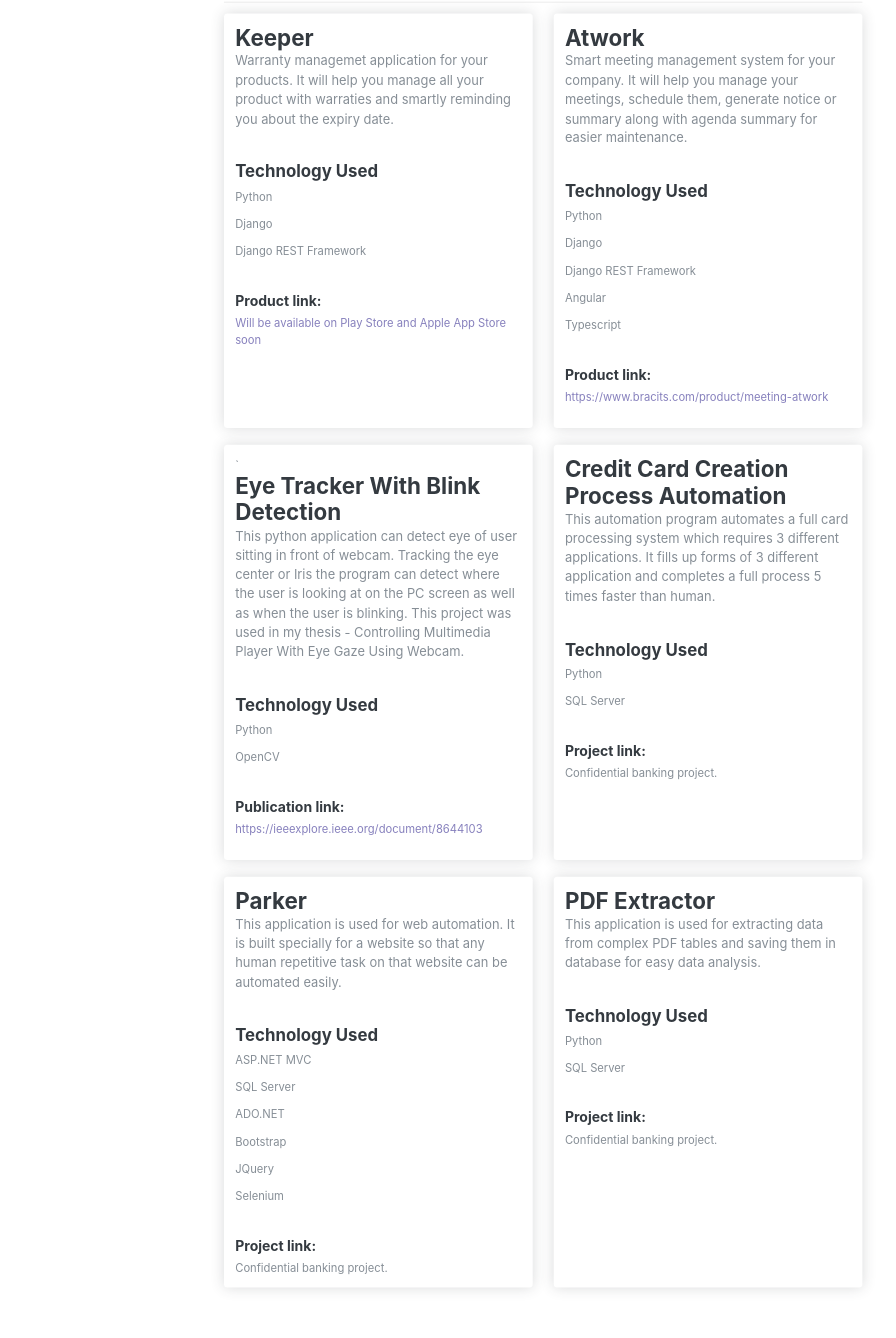
Repository: xahin96/xahin96.github.io
Page: index.html
The author's editor kept a copy of each file at every save. The page is drawn from the files as they stood at one save, then again after the next save.
The browser window is 1280 px wide. The pictures show the part of the page from y = 3579 to 5499 px (the page is 5491 px tall before and 5499 px after), at 70% of full size.
Some web fonts or font styles are not loaded; a fallback is used.

Above is the page before, as saved 2024-04-27 12:48:01.

### index.html
<!DOCTYPE html>
<html lang="en">

<head>

  <meta charset="utf-8">
  <meta name="viewport" content="width=device-width, initial-scale=1, shrink-to-fit=no">
  <meta name="description" content="">
  <meta name="author" content="">

  <title>Shahriar Rahman</title>
  <link rel="icon" type="image/x-icon" href="img/profile.png">


  <!-- Bootstrap core CSS -->
  <link href="vendor/bootstrap/css/bootstrap.min.css" rel="stylesheet">

  <!-- Custom fonts for this template -->
  <link href="https://fonts.googleapis.com/css?family=Saira+Extra+Condensed:500,700" rel="stylesheet">
  <link href="https://fonts.googleapis.com/css?family=Muli:400,400i,800,800i" rel="stylesheet">
  <link href="vendor/fontawesome-free/css/all.min.css" rel="stylesheet">

  <!-- Custom styles for this template -->
  <link href="css/resume.css" rel="stylesheet">

</head>

<body id="page-top">

  <nav class="navbar navbar-expand-lg navbar-dark bg-primary fixed-top" id="sideNav">
    <a class="navbar-brand js-scroll-trigger" href="#page-top">
      <span class="d-block d-lg-none">Shahriar Rahman</span>
      <span class="d-none d-lg-block">
        <img class="img-fluid img-profile rounded-circle mx-auto mb-2" src="img/profile.png" alt="">
      </span>
    </a>
    <button class="navbar-toggler" type="button" data-toggle="collapse" data-target="#navbarSupportedContent" aria-controls="navbarSupportedContent" aria-expanded="false" aria-label="Toggle navigation">
      <span class="navbar-toggler-icon"></span>
    </button>
    <div class="collapse navbar-collapse" id="navbarSupportedContent">
      <ul class="navbar-nav">
        <li class="nav-item">
          <a class="nav-link js-scroll-trigger" href="#about">About</a>
        </li>
        <li class="nav-item">
          <a class="nav-link js-scroll-trigger" href="#experience">Experience</a>
        </li>
        <li class="nav-item">
          <a class="nav-link js-scroll-trigger" href="#education">Education</a>
        </li>
        <li class="nav-item">
          <a class="nav-link js-scroll-trigger" href="#skills">Skills</a>
        </li>
        <li class="nav-item">
          <a class="nav-link js-scroll-trigger" href="#projects">Projects</a>
        </li>
        <!-- <li class="nav-item">
          <a class="nav-link js-scroll-trigger" href="#interests">Interests</a>
        </li> -->
       <!--  <li class="nav-item">
          <a class="nav-link js-scroll-trigger" href="#awards">Achievements</a>
        </li> -->
      </ul>
    </div>
  </nav>

  <div class="container-fluid p-0">

    <section class="resume-section p-3 p-lg-5 d-flex align-items-center" id="about">
      <div class="w-100">
        <h1 class="mb-0">Shahriar
          <span class="mb-0">Rahman</span>
        </h1>
        <div class="subheading mb-5">Windsor, ON, Canada 🇨🇦 · +1 437 669 5591 ·
          <a href="mailto:shahriar.rahmanzahin@gmail.com">rahman8j@uwindsor.ca</a>
        </div>
        <p class="lead mb-5">Results-driven Software Engineer, with over 5 years of experience, specializing in innovative solutions such as Microservices, IoT, AI, and Robotic Process Automation (RPA). Demonstrates proficiency in software development, boasting a proven track record in leading the development of advanced systems, optimizing code for efficiency, and collaborating within dynamic, cross-functional teams.</p>
        <div class="social-icons">
          <a href="https://www.linkedin.com/in/shahriar-rahman-zahin">
            <i class="fab fa-linkedin-in"></i>
          </a>
          <a href="https://github.com/xahin96">
            <i class="fab fa-github"></i>
          </a>
          <a href="https://stackoverflow.com/users/5947007/shahriar-rahman-zahin">
            <i class="fab fa-stack-overflow"></i>
          </a>
          <a href="https://twitter.com/xahin96">
            <i class="fab fa-twitter"></i>
          </a>
          <a href="https://www.facebook.com/shahriar.xahin">
            <i class="fab fa-facebook-f"></i>
          </a>
        </div>
      </div>
    </section>

    <hr class="m-0">

    <section class="resume-section p-3 p-lg-5 d-flex justify-content-center" id="experience">
      <div class="w-100">
        <h2 class="mb-5">Experience</h2>

        <div class="resume-item d-flex flex-column flex-md-row justify-content-between mb-5">
          <div class="resume-content">
            <div class="flex justify-between align-items-center">
              <div>
                <h3 class="mb-0">Senior Software Engineer</h3>
                <div class="subheading mb-3">BRAC IT Services Limited</div>
              </div>
              <div class="resume-date text-md-right">
                <span class="text-primary">January 2023 – July 2023</span>
              </div>
            </div>

            <ul>
              <li>Led a 5-10-member team, reported directly to the department head, and managed work-related communications.</li>
              <li>Enforced software development best practices: clean code, code reviews, unit tests, ensuring continuous delivery.</li>
              <li>Facilitated design discussions, spearheaded idea generation, provided technical guidance, and enriched product experience through collaborative efforts within the team.</li>
              <li>Managed banking databases, utilizing stored procedures and SQL for efficient data handling and manipulation.</li>
              <li>Implemented Azure AD, integrated Microsoft Graph API for mail and calendar services, optimizing cloud collaboration.</li>
            </ul>
          </div>
        </div>

        <div class="resume-item d-flex flex-column flex-md-row justify-content-between mb-5">
          <div class="resume-content">
            <div class="flex justify-content-between align-items-center">
              <div>
                <h3 class="mb-0">Software Engineer</h3>
                <div class="subheading mb-3">BRAC IT Services Limited</div>
              </div>
              <div class="resume-date text-md-right">
                <span class="text-primary">November 2018 – December 2022</span>
              </div>
            </div>

            <li>Engineered RPA solutions achieving 5 to 20 times faster process completion with 100% accuracy.</li>
            <li>Orchestrated large-scale projects encompassing Microservices, ERP software, RPA, and IoT, employing industry-standard agile methodologies and adhering to robust design patterns.</li>
            <li>Integrated diverse third-party APIs for OAuth authentication, including Google, Apple, Facebook, and GitHub, enhancing user authentication and access control.</li>
            <li>Pioneered the integration of advanced technologies into the development process, enhancing project efficiency and staying at the forefront of innovation.</li>
            <li>Collaborated as a data engineer/data scientist, providing crucial dashboards and reports for comprehensive analysis and decision-making.</li>
          </div>

        </div>

        <div class="resume-item d-flex flex-column flex-md-row justify-content-between mb-5">
          <div class="resume-content">
            <div class="flex align-items-center justify-content-between">
              <div>
                <h3 class="mb-0">Intern</h3>
                <div class="subheading mb-3">BRAC IT Services Limited</div>
              </div>
              <div class="resume-date text-md-right">
                <span class="text-primary">May 2018 – November 2018</span>
              </div>
            </div>
            <ul>
              <li>Designed data-intensive software with multi-database architecture and object-oriented language principles.</li>
              <li>Collaborated on R&D for successful banking RPA projects.</li>
              <li>Collaborated effectively, showcasing strong written and spoken communication skills.
              </li>
            </ul>
          </div>

        </div>

      </div>
    </section>

    <hr class="m-0">

    <section class="resume-section p-3 p-lg-5 d-flex align-items-center" id="education">
      <div class="w-100">
        <h2 class="mb-5">Education</h2>

        <div class="resume-item d-flex flex-column flex-md-row justify-content-between mb-3">
          <div class="resume-content">
            <h3 class="mb-0">University of Windsor</h3>
            <div class="subheading mb-2">M.Sc.</div>
            <div>Master of Applied Computing</div>
          </div>
          <div class="resume-date text-md-right">
            <span class="text-primary">September 2023 - December 2024</span>
          </div>
        </div>

        <!-- <div class="resume-item d-flex flex-column flex-md-row justify-content-between mb-3">
          <div class="resume-content">
            <h3 class="mb-0">Jahangirnagar University Bangladesh</h3>
            <div class="subheading mb-2"> M.Sc.</div>
            <div>Computer Science and Engineering</div>
            <p>CGPA: 3.88/4.00</p>
          </div>
          <div class="resume-date text-md-right">
            <span class="text-primary">January 2015 - December 2018</span>
          </div>
        </div> -->

        <div class="resume-item d-flex flex-column flex-md-row justify-content-between mb-3">
          <div class="resume-content">
            <h3 class="mb-0">American International University Bangladesh</h3>
            <div class="subheading mb-2">B.Sc.</div>
            <div>Computer Science and Engineering</div>
            <p>CGPA: 3.88/4.00</p>
          </div>
          <div class="resume-date text-md-right">
            <span class="text-primary">January 2015 - December 2018</span>
          </div>
        </div>

        <!-- <div class="resume-item d-flex flex-column flex-md-row justify-content-between mb-3">
          <div class="resume-content">
            <h3 class="mb-0">Dhaka Imperial College, Bangladesh</h3>
            <div class="subheading mb-2">Higher Secondary School Certificate</div>
            <p>GPA: 5.00/5.00</p>
          </div>
          <div class="resume-date text-md-right">
            <span class="text-primary">April 2012 - April 2014</span>
          </div>
        </div> -->

        <!-- <div class="resume-item d-flex flex-column flex-md-row justify-content-between">
          <div class="resume-content">
            <h3 class="mb-0">Bangladesh International School & College Riyadh, Saudi Arabia</h3>
            <div class="subheading mb-2">Secondary School Certificate</div>
            <p>GPA: 4.88/5.00</p>
          </div>
          <div class="resume-date text-md-right">
            <span class="text-primary">January 2007 - April 2012</span>
          </div>
        </div> -->

      </div>
    </section>

    <hr class="m-0">

    <section class="resume-section p-3 p-lg-5 d-flex align-items-center" id="skills">
      <div class="w-100">
        <h2 class="mb-5">Skills</h2>

        <div class="subheading mb-3">Programming Languages &amp; Tools</div>
        <ul class="list-inline dev-icons">
          <li class="list-inline-item">
            <h3>Python</h3>
          </li>
          <li class="list-inline-item">
            <h3>Django</h3>
          </li>
          <li class="list-inline-item">
            <h3>Django REST Framework</h3>
          </li>
          <li class="list-inline-item">
            <h3>ASP.NET</h3>
          </li>
          <li class="list-inline-item">
            <h3>ASP.NET Core</h3>
          </li>
          <li class="list-inline-item">
            <h3>React</h3>
          </li>
          <li class="list-inline-item">
            <h3>Angular</h3>
          </li>
        </ul>

        <br>

        <div class="subheading mb-3">Interests</div>
        <ul class="fa-ul mb-0">
          <li>
            <i class="fa-li fa fa-check"></i>
          Web Development</li>
          <li>
            <i class="fa-li fa fa-check"></i>
          Robotic Process Automation</li>
          <li>
            <i class="fa-li fa fa-check"></i>
          Machine Learning</li>
          <li>
            <i class="fa-li fa fa-check"></i>
          Data Mining</li>
        </ul>
      </div>
    </section>

    <hr class="m-0">

    <section class="resume-section p-3 p-lg-5 d-flex align-items-center project" id="projects">
      <div class="w-100">
        <h2 class="mb-5">Projects</h2>
        <hr>
        <div class="row">
          <div class="col-sm-12 col-md-6 mb-4">
            <div class="card p-3">
              <!-- <img class="mb-4" class="card-img-top" src="https://picsum.photos/id/237/200/300" alt="Card image cap"> -->
              <div style="background-color:rgb(255, 255, 255)">
                <h3 class="mb-0">Keeper</h3>
                <p class="lead mb-5">
                    Warranty managemet application for your products. It will help you manage all your product with warraties and smartly reminding you about the expiry date.
                </p>
                <h4>Technology Used</h4>
                <li>Python</li>
                <li>Django</li>
                <li>Django REST Framework</li>
                <div><h5>   &nbsp;</h5>   </div>
                <h5>Product link:</h5> <p><a href="/">Will be available on Play Store and Apple App Store soon</a></p>
              </div>
            </div>
          </div>
          <div class="col-sm-12 col-md-6 mb-4">
            <div class="card p-3">
              <!-- <img class="mb-4" class="card-img-top" src="https://picsum.photos/id/237/200/300" alt="Card image cap"> -->
              <div style="background-color:rgb(255, 255, 255)">
                <h3 class="mb-0">Atwork</h3>
                <p class="lead mb-5">
                    Smart meeting management system for your company. It will help you manage your meetings, schedule them, generate notice or summary along with agenda summary for
                    easier maintenance.
                </p>
                <h4>Technology Used</h4>
                <li>Python</li>
                <li>Django</li>
                <li>Django REST Framework</li>
                <li>Angular</li>
                <li>Typescript</li>
                <div><h5>   &nbsp;</h5>   </div>
                <h5>Product link:</h5> <p><a href="https://www.bracits.com/product/meeting-atwork">https://www.bracits.com/product/meeting-atwork</a></p>
              </div>
            </div>
          </div>
          <div class="col-sm-12 col-md-6 mb-4">
            <div class="card p-3">`
              <!-- <img class="mb-4" class="card-img-top" src="https://picsum.photos/id/237/200/300" alt="Card image cap"> -->
              <div style="background-color:rgb(255, 255, 255)">
                <h3 class="mb-0">Eye Tracker With Blink Detection</h3>
                <p class="lead mb-5">
                    This python application can detect eye of user sitting in front of webcam. Tracking the eye center or Iris the program
                    can detect where the user is looking at on the PC screen as well as when the user is blinking. This project was used in
                    my thesis - Controlling Multimedia Player With Eye Gaze Using Webcam.
                </p>
                <h4>Technology Used</h4>
                <li>Python</li>
                <li>OpenCV</li>
                <div><h5>   &nbsp;</h5>   </div>
                <h5>Publication link:</h5> <p><a href="https://ieeexplore.ieee.org/document/8644103">https://ieeexplore.ieee.org/document/8644103</a></p>
              </div>
            </div>
          </div>
          <div class="col-sm-12 col-md-6 mb-4">
            <div class="card p-3">
              <div style="background-color:rgb(255, 255, 255)">
                <h3 class="mb-0">Credit Card Creation Process Automation</h3>
                <p class="lead mb-5">
                  This automation program automates a full card processing system which requires 3 different applications.
                  It fills up forms of 3 different application and completes a full process 5 times faster than human.
                </p>
                <h4>Technology Used</h4>
                <li>Python</li>
                <li>SQL Server</li>
                <div><h5>   &nbsp;</h5>   </div>
                <h5>Project link:</h5> Confidential banking project.
              </div>
            </div>
          </div>
          <div class="col-sm-12 col-md-6 mb-4">
            <div class="card p-3">
              <div style="background-color:rgb(255, 255, 255)">
                <h3 class="mb-0">Parker</h3>
                <p class="lead mb-5">
                  This application is used for web automation. It is built specially for a website so that any human repetitive task on that website can be automated easily.
                </p>
                <h4>Technology Used</h4>
                <li>ASP.NET MVC</li>
                <li>SQL Server</li>
                <li>ADO.NET</li>
                <li>Bootstrap</li>
                <li>JQuery</li>
                <li>Selenium</li>
                <div><h5>   &nbsp;</h5>   </div>
                <h5>Project link:</h5> Confidential banking project.
            </div>
            </div>
          </div>
          <div class="col-sm-12 col-md-6 mb-4">
            <div class="card p-3">
              <div style="background-color:rgb(255, 255, 255)">
                <h3 class="mb-0">PDF Extractor</h3>
                <p class="lead mb-5">
                  This application is used for extracting data from complex PDF tables and saving them in database for easy data analysis.
                </p>
                <h4>Technology Used</h4>
                <li>Python</li>
                <li>SQL Server</li>
                <div><h5>   &nbsp;</h5>   </div>
                <h5>Project link:</h5> Confidential banking project.
              </div>
            </div>
          </div>
          <!-- <div class="col-sm-12 col-md-6 mb-4">
            <div class="card p-3">
              <div style="background-color:rgb(255, 255, 255)">
                <h3 class="mb-0">Insurance Company Management</h3>
                <p class="lead mb-5">
                  This application is used for managing different tasks of an insurance company. Employees can issue for accident entry and towing
                  car entries etc.
                </p>
                <h4>Technology Used</h4>
                <li>PHP</li>
                <li>Vanilla JS</li>
                <li>Oracle</li>
                <div><h5>   &nbsp;</h5>   </div>
                <h5>Project link:</h5> <p><a href="https://github.com/xahin96/Insurance_Company_management">https://github.com/xahin96/Insurance_Company_management</a></p>
            </div>
            </div>
          </div> -->
          <!-- <div class="col-sm-12 col-md-6 mb-4">
            <div class="card p-3">
            <div style="background-color:rgb(255, 255, 255)">
              <h3 class="mb-0">Urban City Scenario</h3>
              <p class="lead mb-5">
                Simple 2d scenario animation made with OpenGL C++
              </p>
              <h4>Technology Used</h4>
              <li>OpenGL</li>
              <li>C++</li>
              <div><h5>   &nbsp;</h5>   </div>
              <h5>Project link:</h5> <p><a href="https://github.com/xahin96/Urban_city_scenario">https://github.com/xahin96/Urban_city_scenario</a></p>
            </div>
            </div>
          </div> -->
          <!-- <div class="col-sm-12 col-md-6 mb-4">
            <div class="card p-3">
              <div style="background-color:rgb(255, 255, 255)">
                <h3 class="mb-0">Catch The Egg</h3>
                <p class="lead mb-5">
                  Simple fun 2d game. Eggs are falling from sky catch as much as you can.
                </p>
                <h4>Technology Used</h4>
                <li>Java</li>
                <div><h5>   &nbsp;</h5>   </div>
                <h5>Project link:</h5> <p><a href="https://github.com/xahin96/CatcTheEgg">https://github.com/xahin96/CatcTheEgg</a></p>
              </div>
            </div>
          </div> -->
          <!-- <div class="col-sm-12 col-md-6 mb-4">
            <div class="card p-3">
              <div style="background-color:rgb(255, 255, 255)">
                <h3 class="mb-0">Mobile Banking App</h3>
                <p class="lead mb-5">
                  Mobile banking app for using transaction functionality from phone.
                </p>
                <h4>Technology Used</h4>
                <li>C#</li>
                <li>SQL Server</li>
                <div><h5>   &nbsp;</h5>   </div>
                <h5>Project link:</h5> <p><a href="https://github.com/xahin96/MobileBanking">https://github.com/xahin96/MobileBanking</a></p>
              </div>
            </div>
          </div> -->
          <!-- <div class="col-sm-12 col-md-6 mb-4">
            <div class="card p-3">
              <div style="background-color:rgb(255, 255, 255)">
                <h3 class="mb-0">Kine Felun</h3>
                <p class="lead mb-5">
                  Online shopping application where user can add products for selling.
                </p>
                <h4>Technology Used</h4>
                <li>PHP</li>
                <li>Vanilla JS</li>
                <li>Oracle</li>
                <div><h5>   &nbsp;</h5>   </div>
                <h5>Project link:</h5> <p><a href="https://github.com/xahin96/Kine-Felun">https://github.com/xahin96/Kine-Felun</a></p>
              </div>
            </div>
          </div>  -->
      </div>

      </div>
    </section>

            <hr class="m-0">

  </div>

  <!-- Bootstrap core JavaScript -->
  <script src="vendor/jquery/jquery.min.js"></script>
  <script src="vendor/bootstrap/js/bootstrap.bundle.min.js"></script>

  <!-- Plugin JavaScript -->
  <script src="vendor/jquery-easing/jquery.easing.min.js"></script>

  <!-- Custom scripts for this template -->
  <script src="js/resume.min.js"></script>

</body>
</html>

Loaded but not shown: vendor/bootstrap/css/bootstrap.min.css (library); vendor/fontawesome-free/css/all.min.css (library); vendor/jquery/jquery.min.js (library); vendor/bootstrap/js/bootstrap.bundle.min.js (library); vendor/jquery-easing/jquery.easing.min.js (common file); js/resume.min.js (common file); css/resume.css (221 lines, source omitted)

After the next save:
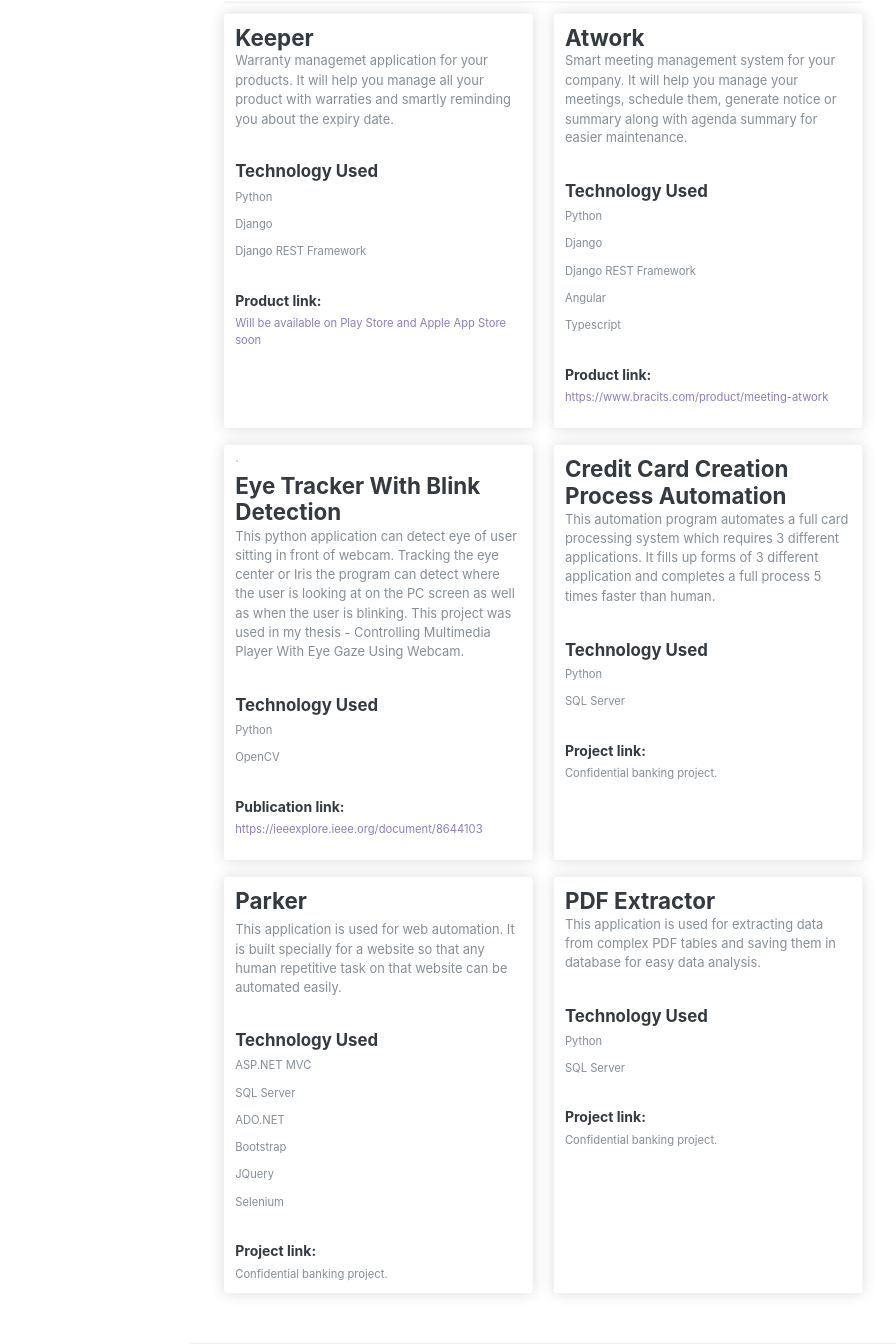
Saved 107 s later.
--- a/index.html
+++ b/index.html
@@ -366,7 +366,7 @@
           <div class="col-sm-12 col-md-6 mb-4">
             <div class="card p-3">
               <div style="background-color:rgb(255, 255, 255)">
-                <h3 class="mb-0">Parker</h3>
+                <h3 class="mb-2">Parker</h3>
                 <p class="lead mb-5">
                   This application is used for web automation. It is built specially for a website so that any human repetitive task on that website can be automated easily.
                 </p>
